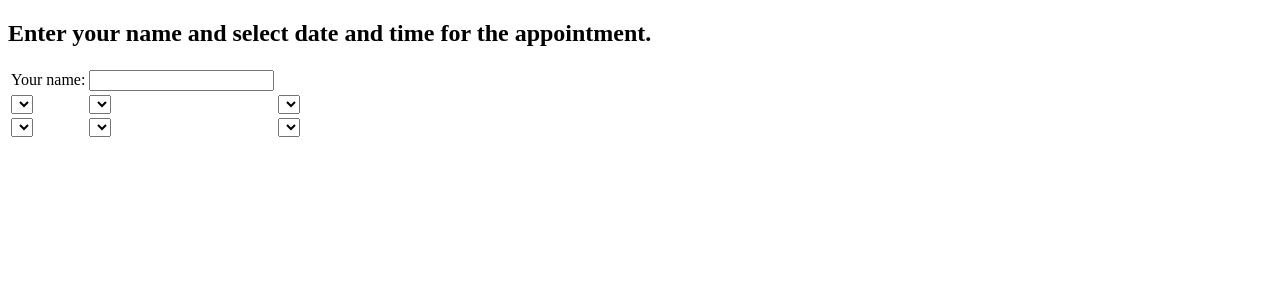
Repository: haitranduc4270/Book_store
Page: http://localhost/P3_Lab05_framework/Lab hằng tuần/Lab2.2/Exercise_DateTime/DateTime.php
These files come from the project's save history. The page is drawn as it stood at one moment and after the next save; the edit follows.
The browser window is 1280 px wide. The pictures show the whole page.
The page is run by PHP 8.4 with error messages shown; the project is at /var/www/html/.

Above is the page before, as saved 2022-04-25 07:47:16.

### Lab hằng tuần/Lab2.2/Exercise_DateTime/DateTime.php
<!DOCTYPE html>
<html lang="en">

<head>
    <meta charset="UTF-8" />
    <meta http-equiv="X-UA-Compatible" content="IE=edge" />
    <meta name="viewport" content="width=device-width, initial-scale=1.0" />
    <title>Date Time</title>
</head>

<body>
    <h2>Enter your name and select date and time for the appointment.</h2>

    <form action="" method="post">
        <table>
            <tr>
                <td>Your name:</td>
                <td><input type="text" name="name" id="name"></td>
            </tr>
            <tr>
                <td><select name="date" id="date"></select></td>
                <td><select name="month" id="month"></select></td>
                <td><select name="year" id="year"></select></td>
            </tr>
            <tr>
                <td><select name="hour" id="hour"></select></td>
                <td><select name="minute" id="minute"></select></td>
                <td><select name="second" id="second"></select></td>
            </tr>
        </table>
    </form>
</body>

</html>

After the next save:
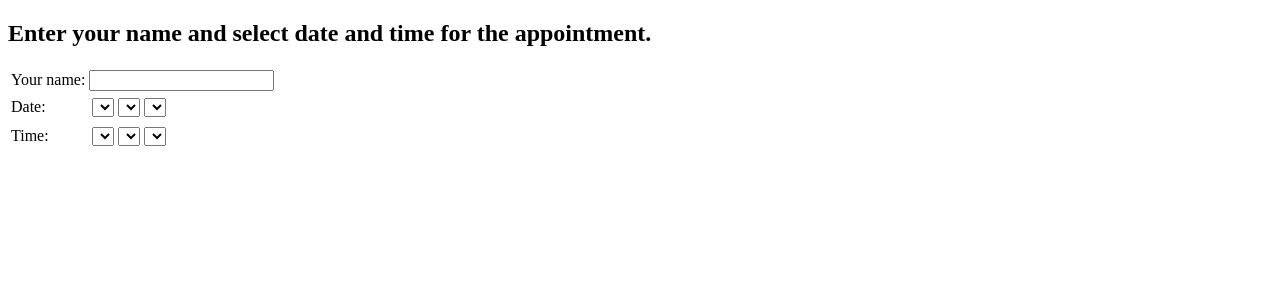
Saved 2 min 30 s later.
--- a/Lab hằng tuần/Lab2.2/Exercise_DateTime/DateTime.php
+++ b/Lab hằng tuần/Lab2.2/Exercise_DateTime/DateTime.php
@@ -18,14 +18,30 @@
                 <td><input type="text" name="name" id="name"></td>
             </tr>
             <tr>
-                <td><select name="date" id="date"></select></td>
-                <td><select name="month" id="month"></select></td>
-                <td><select name="year" id="year"></select></td>
+                <td>Date:</td>
+                <td>
+                    <table>
+                        <tr>
+                            <td><select name="date" id="date"></select></td>
+                            <td><select name="month" id="month"></select></td>
+                            <td><select name="year" id="year"></select></td>
+                        </tr>
+                    </table>
+                </td>
             </tr>
             <tr>
-                <td><select name="hour" id="hour"></select></td>
-                <td><select name="minute" id="minute"></select></td>
-                <td><select name="second" id="second"></select></td>
+                <td>Time:</td>
+                <td>
+                    <table>
+                        <tr>
+                            <td><select name="hour" id="hour"></select></td>
+                            <td><select name="minute" id="minute"></select></td>
+                            <td><select name="second" id="second"></select></td>
+                        </tr>
+                    </table>
+                </td>
+            </tr>
+            <tr>
             </tr>
         </table>
     </form>
